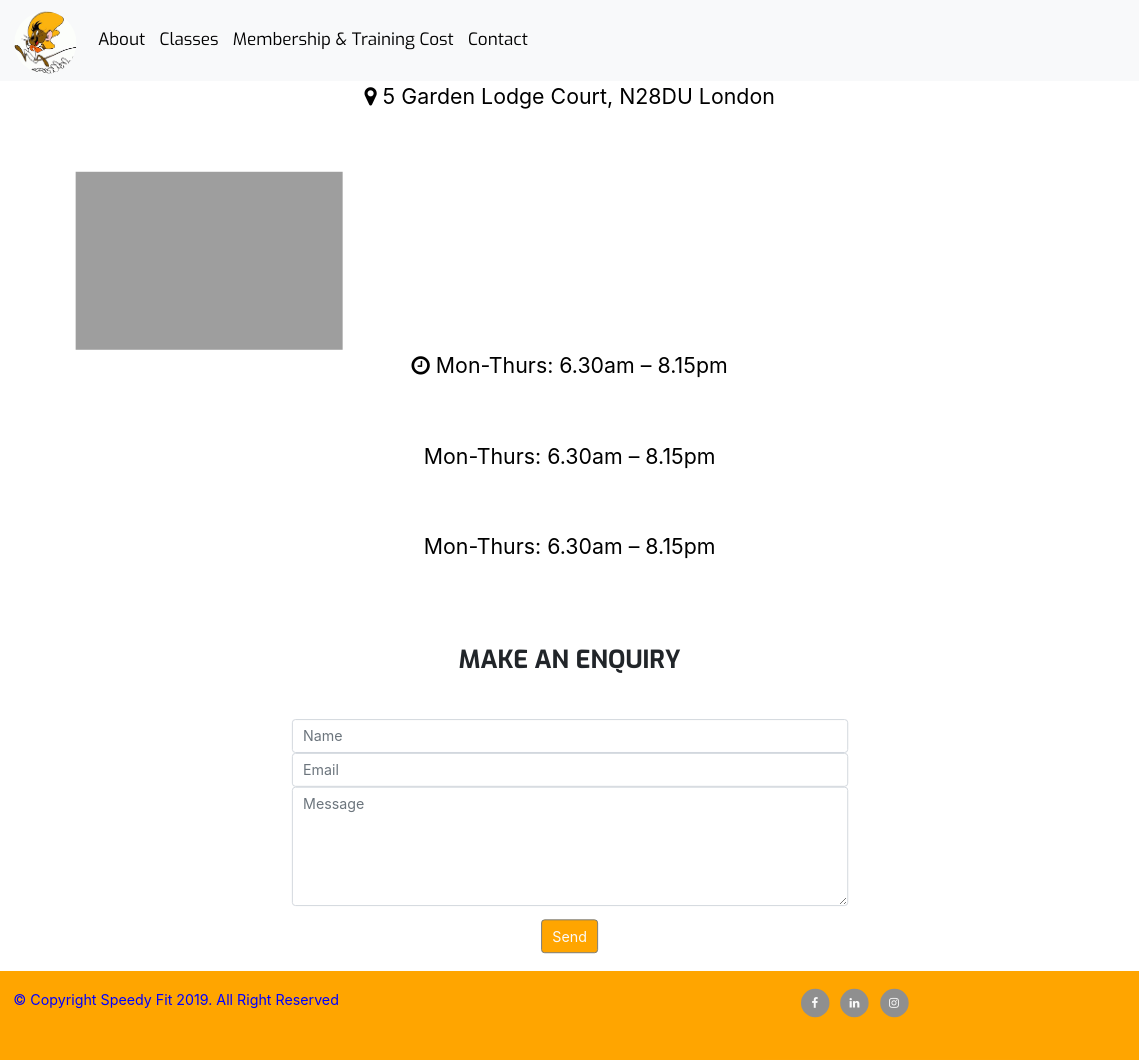
Repository: marcomoreschi/Milestrone-project
Page: contact.html
The author's editor kept a record of every edit. The page is drawn from the files as they stood at one moment, then again after the next edit.
The browser window is 1280 px wide. The pictures show the whole page, at 89% of full size.
Pictures or frames that could not be fetched are drawn as grey boxes. Some web libraries are served in a nearby version.

Above is the page before.

After the next edit:
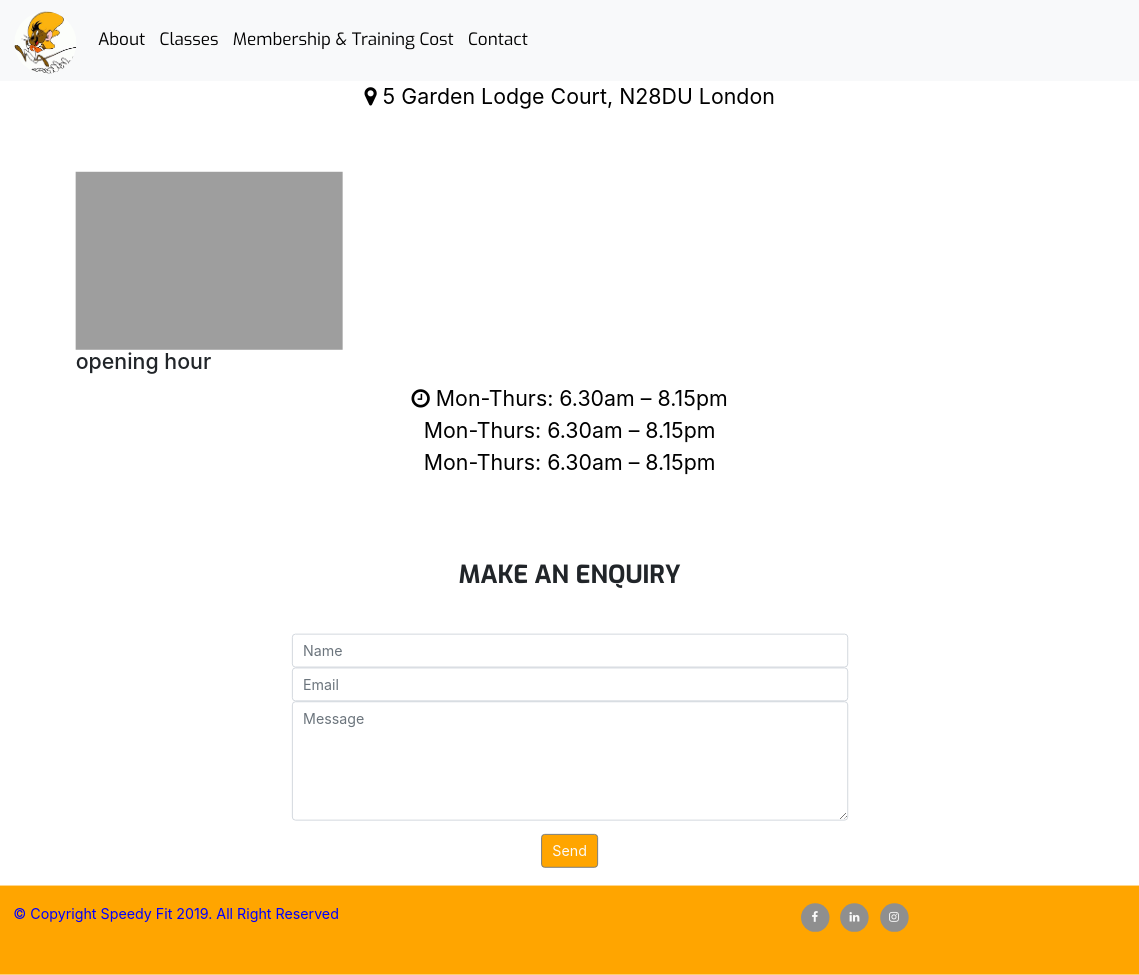
The edit:
--- a/contact.html
+++ b/contact.html
@@ -53,9 +53,8 @@
     </section>
 
     <section class="container opening-hour">
-        <p><i class="fa fa-clock-o" aria-hidden="true"></i> Mon-Thurs: 6.30am – 8.15pm</p>
-        <p>Mon-Thurs: 6.30am – 8.15pm</p>
-        <p>Mon-Thurs: 6.30am – 8.15pm</p>
+        <h4>opening hour</h4>
+        <p><i class="fa fa-clock-o" aria-hidden="true"></i> Mon-Thurs: 6.30am – 8.15pm <br>Mon-Thurs: 6.30am – 8.15pm <br> Mon-Thurs: 6.30am – 8.15pm</p>
 
     </section>
     <section class="container-fluid">
